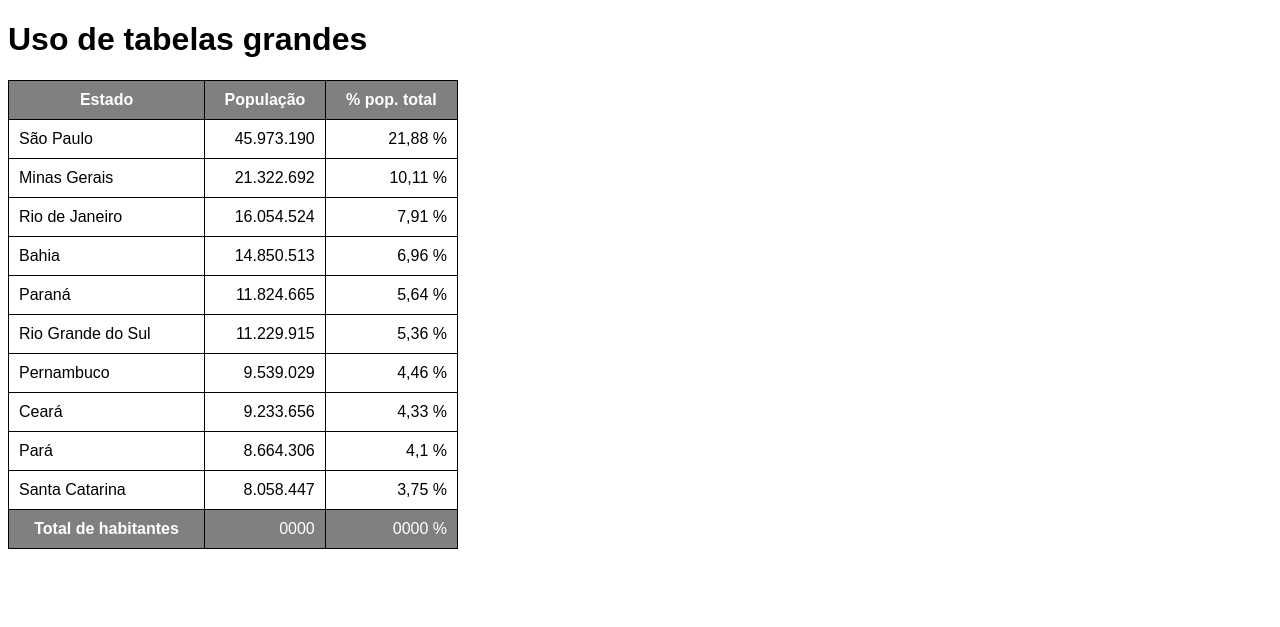
Repository: railsondev/html-css
Page: Módulo3/Exercicios/Ex02 - Tabelas/tabela002.html
An editor plug-in stored every save of this project. The page is shown before and after a run of saves, followed by the edit.
The browser window is 1280 px wide. The pictures show the whole page.

Above is the page before, as saved 2024-10-18 18:26:20.

### Módulo3/Exercicios/Ex02 - Tabelas/tabela002.html
<!DOCTYPE html>
<html lang="pt-br">
<head>
  <meta charset="UTF-8">
  <meta name="viewport" content="width=device-width, initial-scale=1.0">
  <title>Tabelas grandes</title>
  <link rel="stylesheet" href="src/css/estilo01.css">
</head>
<body>
  <h1>Uso de tabelas grandes</h1>
  <table>
    <thead>
      <tr>
        <th>Estado</th>
        <th>População</th>
        <th>% pop. total</th>
      </tr>
    </thead>
    <tbody>
      <td>São Paulo</td>
      <td class="numero">45.973.190</td>
      <td class="porc">21,88</td>
    </tbody>
    <tbody>
      <td>Minas Gerais</td>
      <td class="numero">21.322.692</td>
      <td class="porc">10,11</td>
    </tbody>
    <tbody>
      <td>Rio de Janeiro</td>
      <td class="numero">16.054.524</td>
      <td class="porc">7,91</td>
    </tbody>
    <tbody>
      <td>Bahia</td>
      <td class="numero">14.850.513</td>
      <td class="porc">6,96</td>
    </tbody>
    <tbody>
      <td>Paraná</td>
      <td class="numero">11.824.665</td>
      <td class="porc">5,64</td>
    </tbody>
    <tbody>
      <td>Rio Grande do Sul</td>
      <td class="numero">11.229.915</td>
      <td class="porc">5,36</td>
    </tbody>
    <tbody>
      <td>Pernambuco</td>
      <td class="numero">9.539.029</td>
      <td class="porc">4,46</td>
    </tbody>
    <tbody>
      <td>Ceará</td>
      <td class="numero">9.233.656</td>
      <td class="porc">4,33</td>
    </tbody>
    <tbody>
      <td>Pará</td>
      <td class="numero">8.664.306</td>
      <td class="porc">4,1</td>
    </tbody>
    <tbody>
      <td>Santa Catarina</td>
      <td class="numero">8.058.447</td>
      <td class="porc">3,75</td>
    </tbody>
    <tfoot>
      <tr>
        <th>Total de habitantes</th>
        <td class="numero">0000</td>
        <td class="porc">0000</td>
      </tr>
    </tfoot>
  </table>
</body>
</html>

### Módulo3/Exercicios/Ex02 - Tabelas/src/css/estilo01.css
@charset 'UTF-8';

body {
  font-family: Arial, Helvetica, sans-serif;
}
.porc::after {
  content: ' %';
}

.numero, .porc {
  text-align: right;
}

table {
  width: 450px;
  border-collapse: collapse;
}
td, th {
  border: 1px solid black;
  padding: 10px;
}
thead, tfoot {
  background-color: gray;
  color: white;
}

After the next 2 saves:
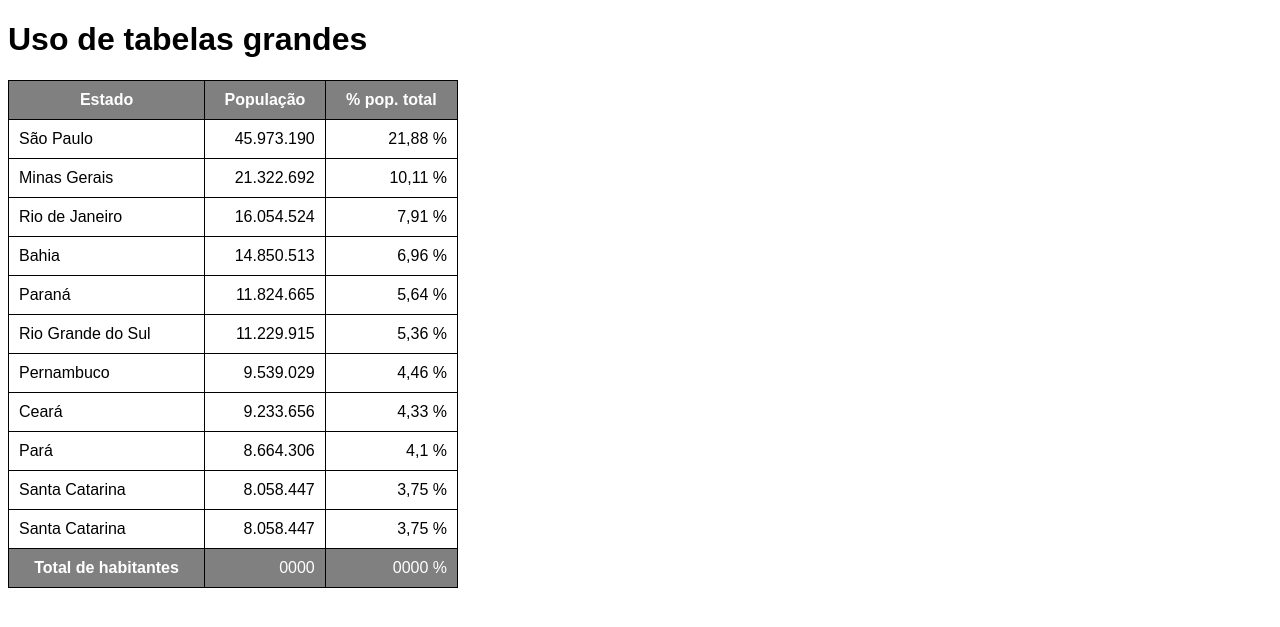
The 2 saves are shown as one change because they came seconds apart.
The last was saved 40 s later.
--- a/Módulo3/Exercicios/Ex02 - Tabelas/tabela002.html
+++ b/Módulo3/Exercicios/Ex02 - Tabelas/tabela002.html
@@ -66,6 +66,11 @@
       <td class="numero">8.058.447</td>
       <td class="porc">3,75</td>
     </tbody>
+    <tbody>
+      <td>Santa Catarina</td>
+      <td class="numero">8.058.447</td>
+      <td class="porc">3,75</td>
+    </tbody>
     <tfoot>
       <tr>
         <th>Total de habitantes</th>
